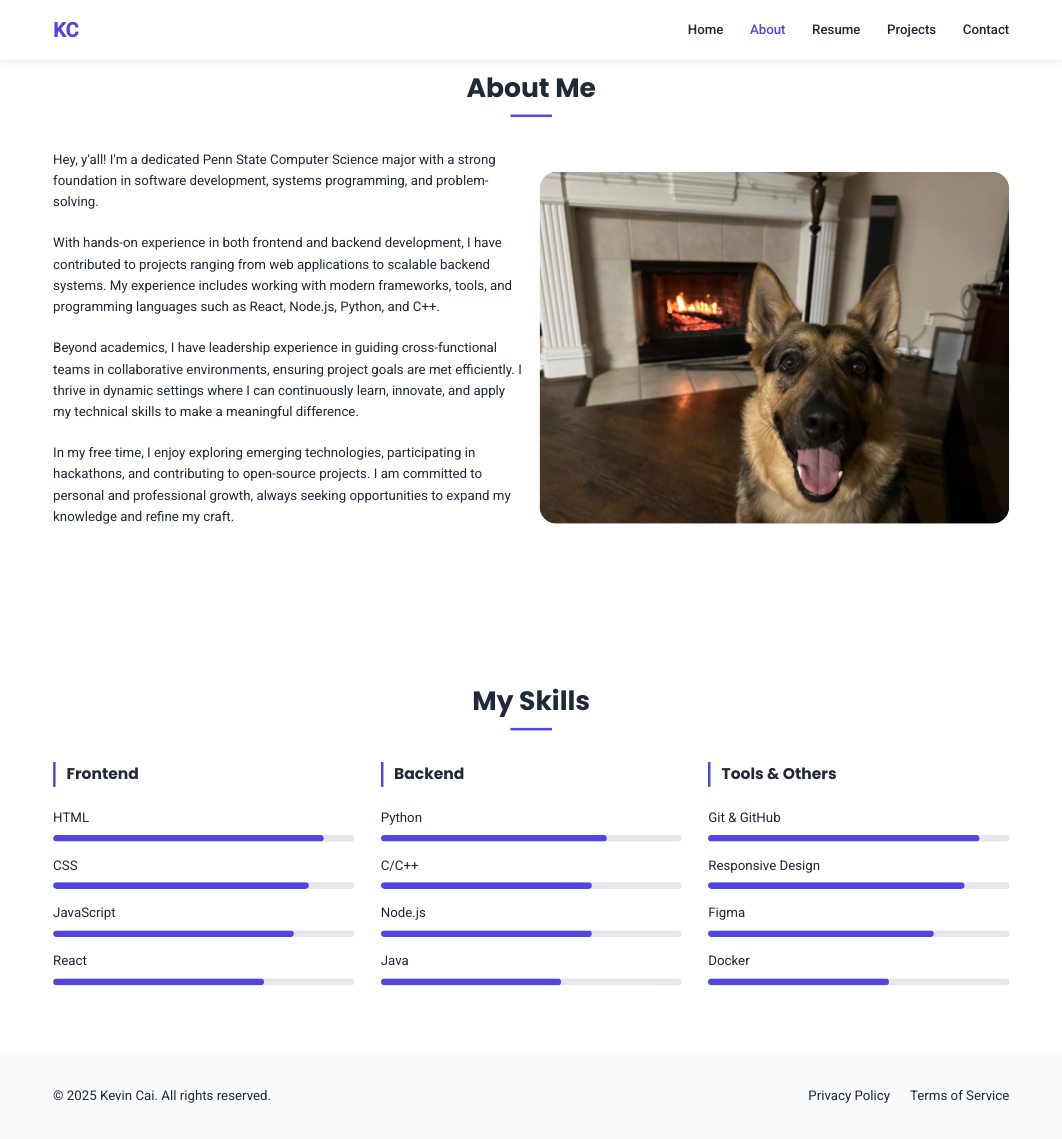
Repository: itskevbo/E-Portfolio
Page: pages/about.html
An editor plug-in stored every save of this project. The page is shown before and after the next save, followed by the edit.
The browser window is 1280 px wide. The pictures show the whole page, at 83% of full size.

Above is the page before, as saved 2025-04-22 22:47:32.

### pages/about.html
<!DOCTYPE html>
<html lang="en">
<head>
    <meta charset="UTF-8">
    <meta name="viewport" content="width=device-width, initial-scale=1.0">
    <title>Kevin Cai | About Me</title>
    <meta name="description" content="Learn more about Kevin Cai and his background">

    <!-- Favicon -->
    <link rel="icon" href="../assets/images/favicon.ico">

    <!-- CSS -->
    <link rel="stylesheet" href="../styles/main.css">

    <!-- Google Fonts -->
    <link rel="preconnect" href="https://fonts.googleapis.com">
    <link rel="preconnect" href="https://fonts.gstatic.com" crossorigin>
    <link href="https://fonts.googleapis.com/css2?family=Poppins:wght@300;400;500;700&family=Roboto:wght@400;500&display=swap" rel="stylesheet">
</head>
<body>
    <!-- Header Component -->
    <header class="header" id="header">
        <div class="container">
            <div class="header__logo">
                <a href="../index.html" class="logo">KC</a>
            </div>

            <nav class="header__nav" id="nav-menu">
                <ul class="header__nav-list">
                    <li class="header__nav-item"><a href="../index.html" class="header__nav-link">Home</a></li>
                    <li class="header__nav-item"><a href="about.html" class="header__nav-link active">About</a></li>
                    <li class="header__nav-item"><a href="resume.html" class="header__nav-link">Resume</a></li>
                    <li class="header__nav-item"><a href="projects.html" class="header__nav-link">Projects</a></li>
                    <li class="header__nav-item"><a href="contact.html" class="header__nav-link">Contact</a></li>
                </ul>

                <div class="header__nav-toggle" id="nav-toggle">
                    <span></span>
                    <span></span>
                    <span></span>
                </div>
            </nav>
        </div>
    </header>

    <main>
        <!-- About Section Component -->
        <section class="about section" id="about">
            <div class="container">
            <h2 class="section__title">About Me</h2>
            <div class="about__content" style="display: flex; align-items: center; gap: 20px;">
                <div class="about__text" style="flex: 1;">
                <p>Hey, y'all! I'm a dedicated Penn State Computer Science major with a strong foundation in software development, systems programming, and problem-solving.</p>
                <p>With hands-on experience in both frontend and backend development, I have contributed to projects ranging from web applications to scalable backend systems. My experience includes working with modern frameworks, tools, and programming languages such as React, Node.js, Python, and C++.</p>
                <p>Beyond academics, I have leadership experience in guiding cross-functional teams in collaborative environments, ensuring project goals are met efficiently. I thrive in dynamic settings where I can continuously learn, innovate, and apply my technical skills to make a meaningful difference.</p>
                <p>In my free time, I enjoy exploring emerging technologies, participating in hackathons, and contributing to open-source projects. I am committed to personal and professional growth, always seeking opportunities to expand my knowledge and refine my craft.</p>
                </div>
                <div class="about__image" style="flex: 1; overflow: hidden; border-radius: 20px; display: flex; justify-content: center; align-items: center;">
                <img src="../assets/images/placeholder.jpeg" alt="About Image" class="about__image-img" style="width: 100%; height: auto; object-fit: cover; border-radius: inherit;">
                </div>
            </div>
            </div>
        </section>

        <!-- Skills Section Component -->
        <section class="skills section" id="skills">
            <div class="container">
                <h2 class="section__title">My Skills</h2>
                <div class="skills__content">
                    <div class="skills__category">
                        <h3 class="skills__category-title">Frontend</h3>
                        <div class="skills__list">
                            <div class="skill-item">
                                <span class="skill-item__name">HTML</span>
                                <div class="skill-item__bar">
                                    <div class="skill-item__progress" style="width: 90%"></div>
                                </div>
                            </div>
                            <div class="skill-item">
                                <span class="skill-item__name">CSS</span>
                                <div class="skill-item__bar">
                                    <div class="skill-item__progress" style="width: 85%"></div>
                                </div>
                            </div>
                            <div class="skill-item">
                                <span class="skill-item__name">JavaScript</span>
                                <div class="skill-item__bar">
                                    <div class="skill-item__progress" style="width: 80%"></div>
                                </div>
                            </div>
                            <div class="skill-item">
                                <span class="skill-item__name">React</span>
                                <div class="skill-item__bar">
                                    <div class="skill-item__progress" style="width: 70%"></div>
                                </div>
                            </div>
                        </div>
                    </div>

                    <div class="skills__category">
                        <h3 class="skills__category-title">Backend</h3>
                        <div class="skills__list">
                            <div class="skill-item">
                                <span class="skill-item__name">Python</span>
                                <div class="skill-item__bar">
                                    <div class="skill-item__progress" style="width: 75%"></div>
                                </div>
                            </div>
                            <div class="skill-item">
                                <span class="skill-item__name">C/C++</span>
                                <div class="skill-item__bar">
                                    <div class="skill-item__progress" style="width: 70%"></div>
                                </div>
                            </div>
                            <div class="skill-item">
                                <span class="skill-item__name">Node.js</span>
                                <div class="skill-item__bar">
                                    <div class="skill-item__progress" style="width: 70%"></div>
                                </div>
                            </div>
                            <div class="skill-item">
                                <span class="skill-item__name">Java</span>
                                <div class="skill-item__bar">
                                    <div class="skill-item__progress" style="width: 60%"></div>
                                </div>
                            </div>
                        </div>
                    </div>

                    <div class="skills__category">
                        <h3 class="skills__category-title">Tools & Others</h3>
                        <div class="skills__list">
                            <div class="skill-item">
                                <span class="skill-item__name">Git & GitHub</span>
                                <div class="skill-item__bar">
                                    <div class="skill-item__progress" style="width: 90%"></div>
                                </div>
                            </div>
                            <div class="skill-item">
                                <span class="skill-item__name">Responsive Design</span>
                                <div class="skill-item__bar">
                                    <div class="skill-item__progress" style="width: 85%"></div>
                                </div>
                            </div>
                            <div class="skill-item">
                                <span class="skill-item__name">Figma</span>
                                <div class="skill-item__bar">
                                    <div class="skill-item__progress" style="width: 75%"></div>
                                </div>
                            </div>
                            <div class="skill-item">
                                <span class="skill-item__name">Docker</span>
                                <div class="skill-item__bar">
                                    <div class="skill-item__progress" style="width: 60%"></div>
                                </div>
                            </div>
                        </div>
                    </div>
                </div>
            </div>
        </section>
    </main>

    <!-- Footer Component -->
    <footer class="footer">
        <div class="container">
            <div class="footer__content">
                <p>&copy; 2025 Kevin Cai. All rights reserved.</p>
                <div class="footer__links">
                    <a href="#" class="footer__link">Privacy Policy</a>
                    <a href="#" class="footer__link">Terms of Service</a>
                </div>
            </div>
        </div>
    </footer>

    <!-- JS -->
    <script src="../scripts/main.js"></script>
</body>
</html>

Loaded but not shown: scripts/main.js (180 lines, source omitted); styles/main.css (610 lines, source omitted)

After the next save:
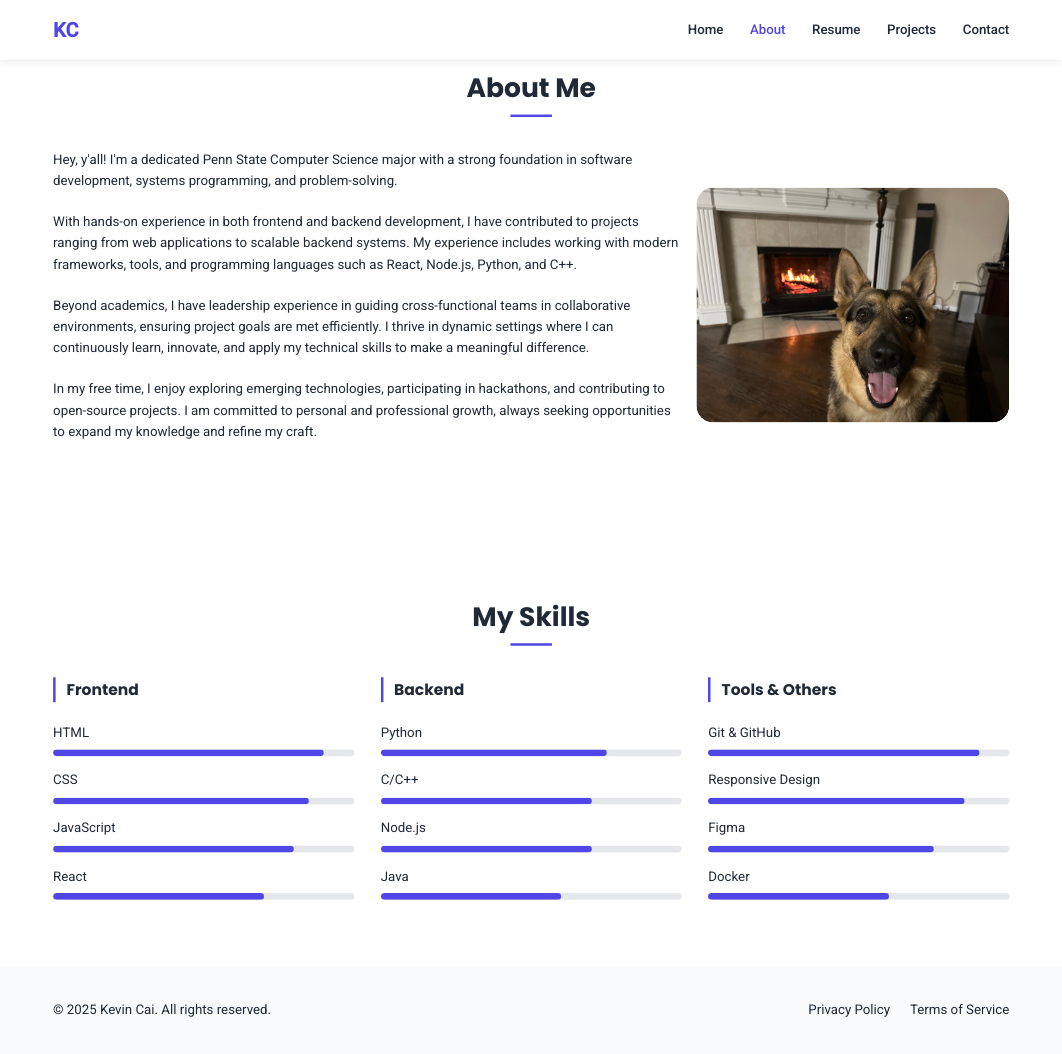
Saved 4 s later.
--- a/pages/about.html
+++ b/pages/about.html
@@ -49,7 +49,7 @@
             <div class="container">
             <h2 class="section__title">About Me</h2>
             <div class="about__content" style="display: flex; align-items: center; gap: 20px;">
-                <div class="about__text" style="flex: 1;">
+                <div class="about__text" style="flex: 2;">
                 <p>Hey, y'all! I'm a dedicated Penn State Computer Science major with a strong foundation in software development, systems programming, and problem-solving.</p>
                 <p>With hands-on experience in both frontend and backend development, I have contributed to projects ranging from web applications to scalable backend systems. My experience includes working with modern frameworks, tools, and programming languages such as React, Node.js, Python, and C++.</p>
                 <p>Beyond academics, I have leadership experience in guiding cross-functional teams in collaborative environments, ensuring project goals are met efficiently. I thrive in dynamic settings where I can continuously learn, innovate, and apply my technical skills to make a meaningful difference.</p>

After the save that followed:
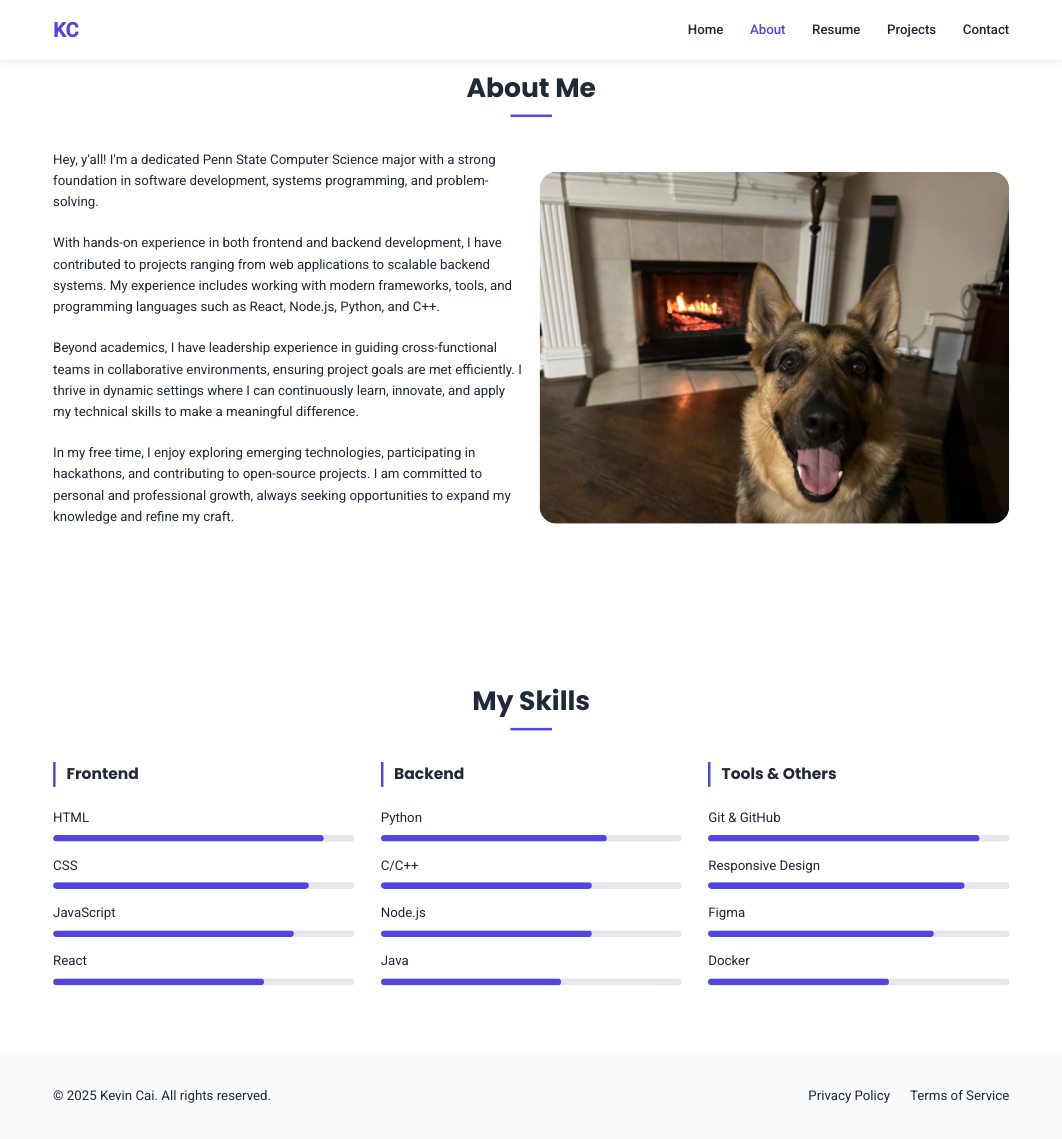
Saved 5 s later.
--- a/pages/about.html
+++ b/pages/about.html
@@ -49,7 +49,7 @@
             <div class="container">
             <h2 class="section__title">About Me</h2>
             <div class="about__content" style="display: flex; align-items: center; gap: 20px;">
-                <div class="about__text" style="flex: 2;">
+                <div class="about__text" style="flex: 1;">
                 <p>Hey, y'all! I'm a dedicated Penn State Computer Science major with a strong foundation in software development, systems programming, and problem-solving.</p>
                 <p>With hands-on experience in both frontend and backend development, I have contributed to projects ranging from web applications to scalable backend systems. My experience includes working with modern frameworks, tools, and programming languages such as React, Node.js, Python, and C++.</p>
                 <p>Beyond academics, I have leadership experience in guiding cross-functional teams in collaborative environments, ensuring project goals are met efficiently. I thrive in dynamic settings where I can continuously learn, innovate, and apply my technical skills to make a meaningful difference.</p>
